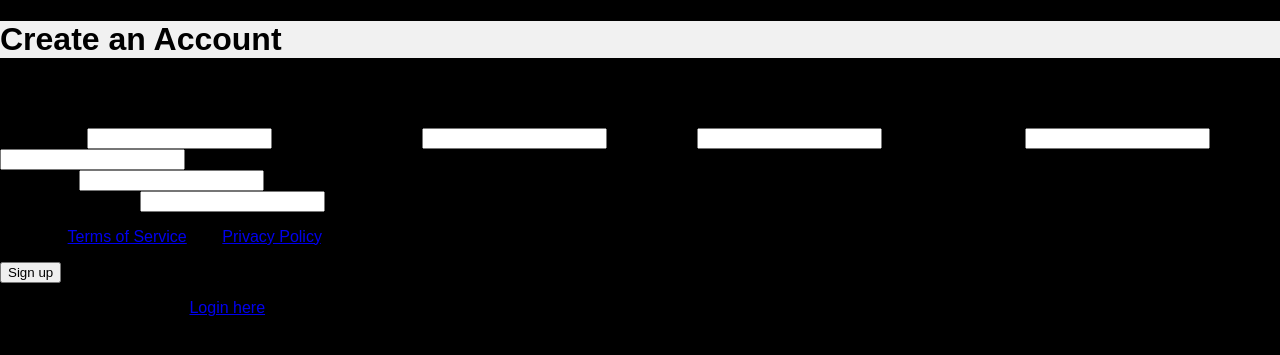
Repository: Lee-Productions-Inc/SNAP_productions
Page: register.html
The author's editor kept a copy of each file at every save. The page is drawn from the files as they stood at one save, then again after the next save.
The browser window is 1280 px wide. The pictures show the whole page.

Above is the page before, as saved 2026-09-16 18:27:43.

After the next save:
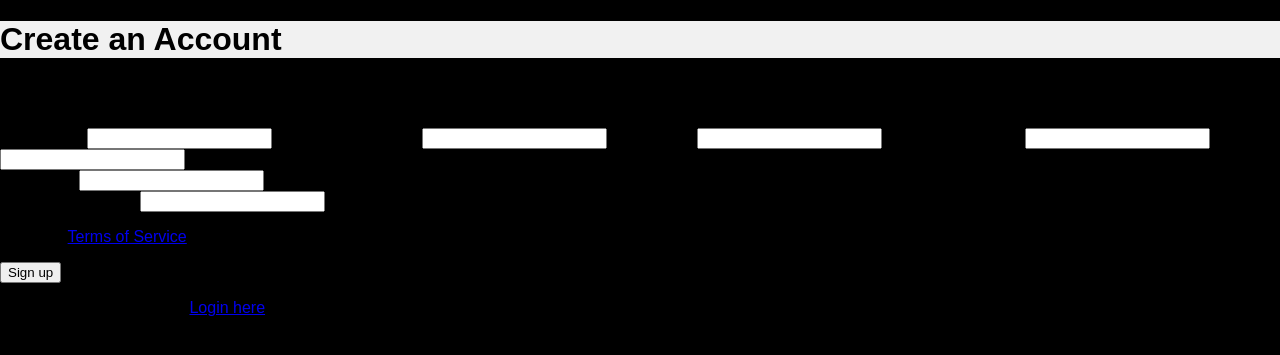
Saved 15 s later.
--- a/register.html
+++ b/register.html
@@ -34,7 +34,7 @@
             <label for="confirm-password">Confirm Password:</label>
             <input type="password" id="confirm-password" name="confirm-password" required>
             <br>
-            <p>I agree to<a href="/terms">Terms of Service</a> and <a href="/privacy">Privacy Policy</a>.</p>
+            <p>I agree to<a href="/terms">Terms of Service</a> and Privacy Policy</a>.</p>
             <button type="submit">Sign up</button>
         </form>
 
